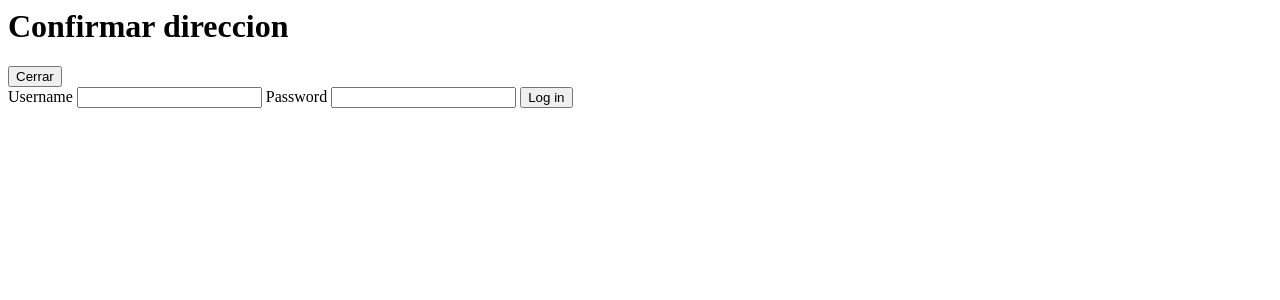
Repository: agustinbaretto/mobile-alarmee
Page: templates/confirmAddress.html
The author's editor kept a record of every edit. The page is drawn from the files as they stood at one moment, then again after the next edit.
The browser window is 1280 px wide. The pictures show the whole page.

Above is the page before.

### templates/confirmAddress.html
<div class="modal">
  <ion-header-bar>
    <h1 class="title">Confirmar direccion</h1>
    <div class="buttons">
      <button class="button button-clear" ng-click="closeConfirmAddress()">Cerrar</button>
    </div>
  </ion-header-bar>
  <ion-content>
    <form ng-submit="doConfirmAddress()">
      <div class="list">
        <label class="item item-input">
          <span class="input-label">Username</span>
          <input type="text" ng-model="loginData.username">
        </label>
        <label class="item item-input">
          <span class="input-label">Password</span>
          <input type="password" ng-model="loginData.password">
        </label>
        <label class="item">
          <button class="button button-block button-positive" type="submit">Log in</button>
        </label>
      </div>
    </form>
  </ion-content>
</div>

After the next edit:
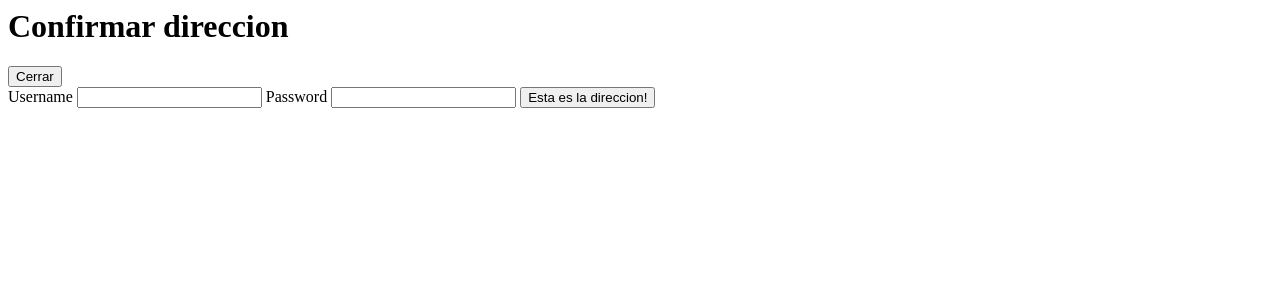
The edit:
--- a/templates/confirmAddress.html
+++ b/templates/confirmAddress.html
@@ -17,7 +17,7 @@
           <input type="password" ng-model="loginData.password">
         </label>
         <label class="item">
-          <button class="button button-block button-positive" type="submit">Log in</button>
+          <button class="button button-block button-positive" type="submit">Esta es la direccion!</button>
         </label>
       </div>
     </form>
